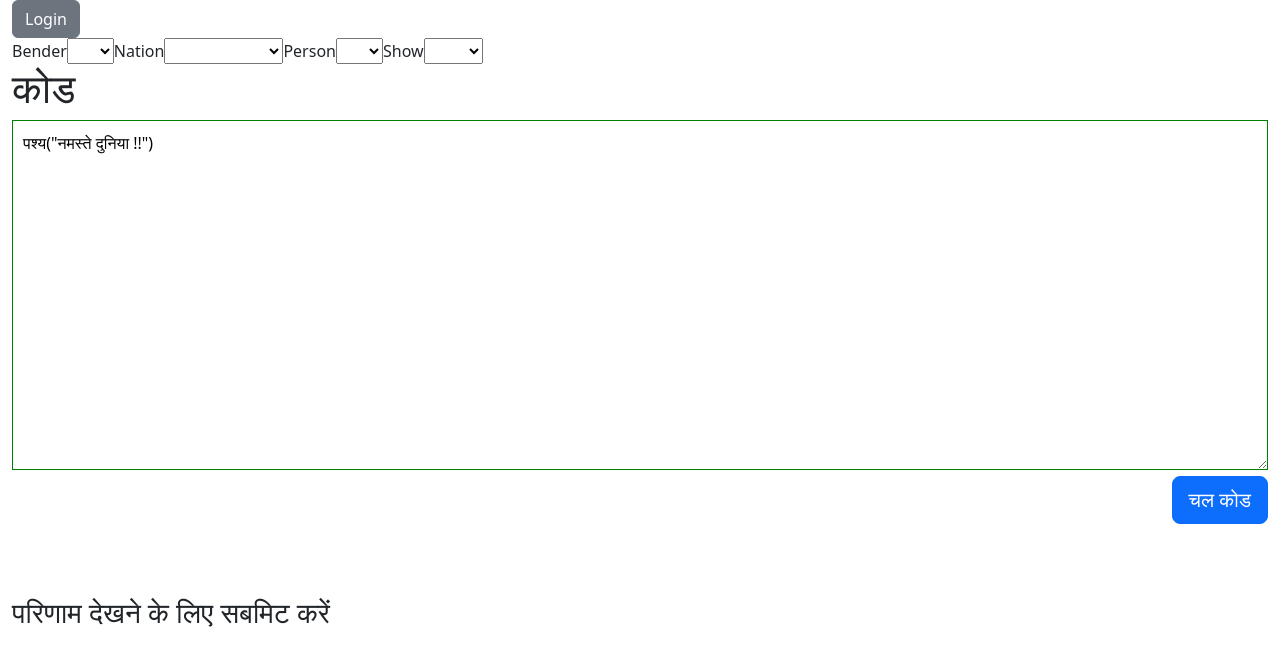
Repository: Vivek3072/webapp_shuniya_code.com
Page: /
The author's editor kept a copy of each file at every save. The page is drawn from the files as they stood at one save, then again after the next save.
The browser window is 1280 px wide. The pictures show the whole page.
The project was rebuilt for these pictures with package versions that can differ from the ones it lists, and the page was loaded fresh each time. Also part of the build but not shown: src/components/Login.js, src/components/Singup.js, src/home/filteritems.js. Imported but missing from the stored project, and not drawn on this page: src/axiosApi.

Above is the page before, as saved 2021-02-28 00:38:52.

After the next save:
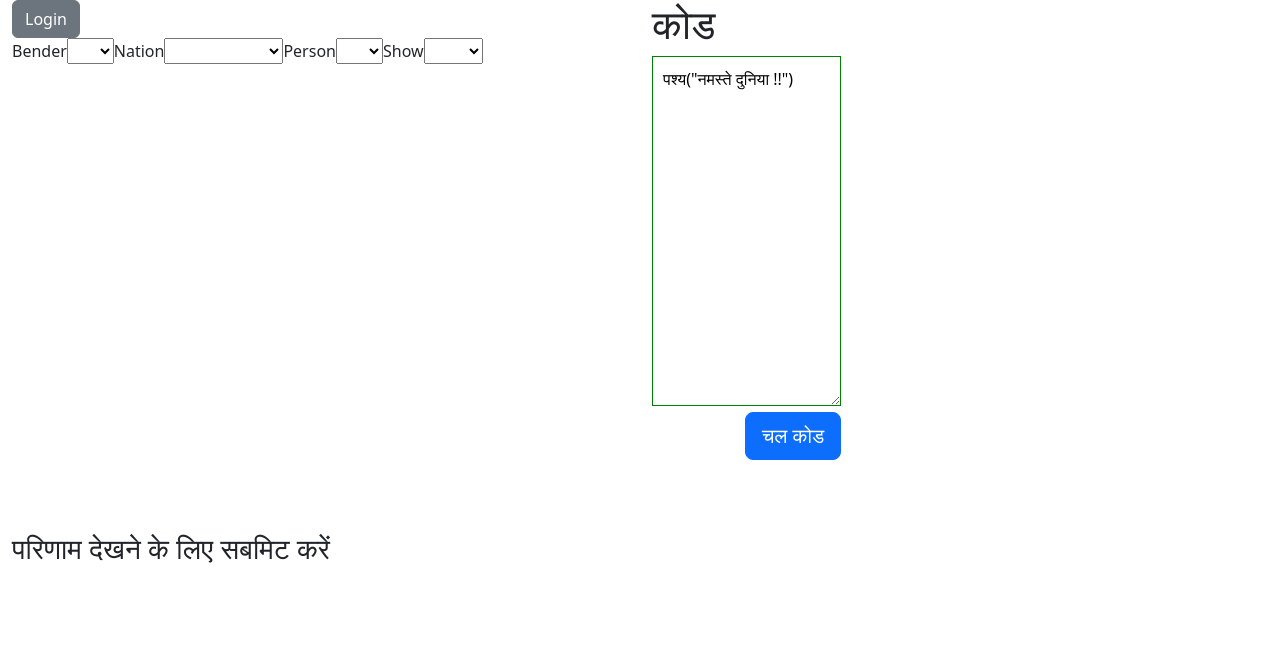
Saved 21 s later.
--- a/src/home/index.js
+++ b/src/home/index.js
@@ -136,7 +136,7 @@ export default class home extends Component {
         </div>
 
             </div>
-            <div className="col-sm-12 col-md-6 col-lg-12">
+            <div className="col-sm-12 col-md-6 col-lg-2">
             <h1>कोड</h1>
               <textarea id="texteditor" className="editorArea">
                 पश्य("नमस्ते दुनिया !!")
